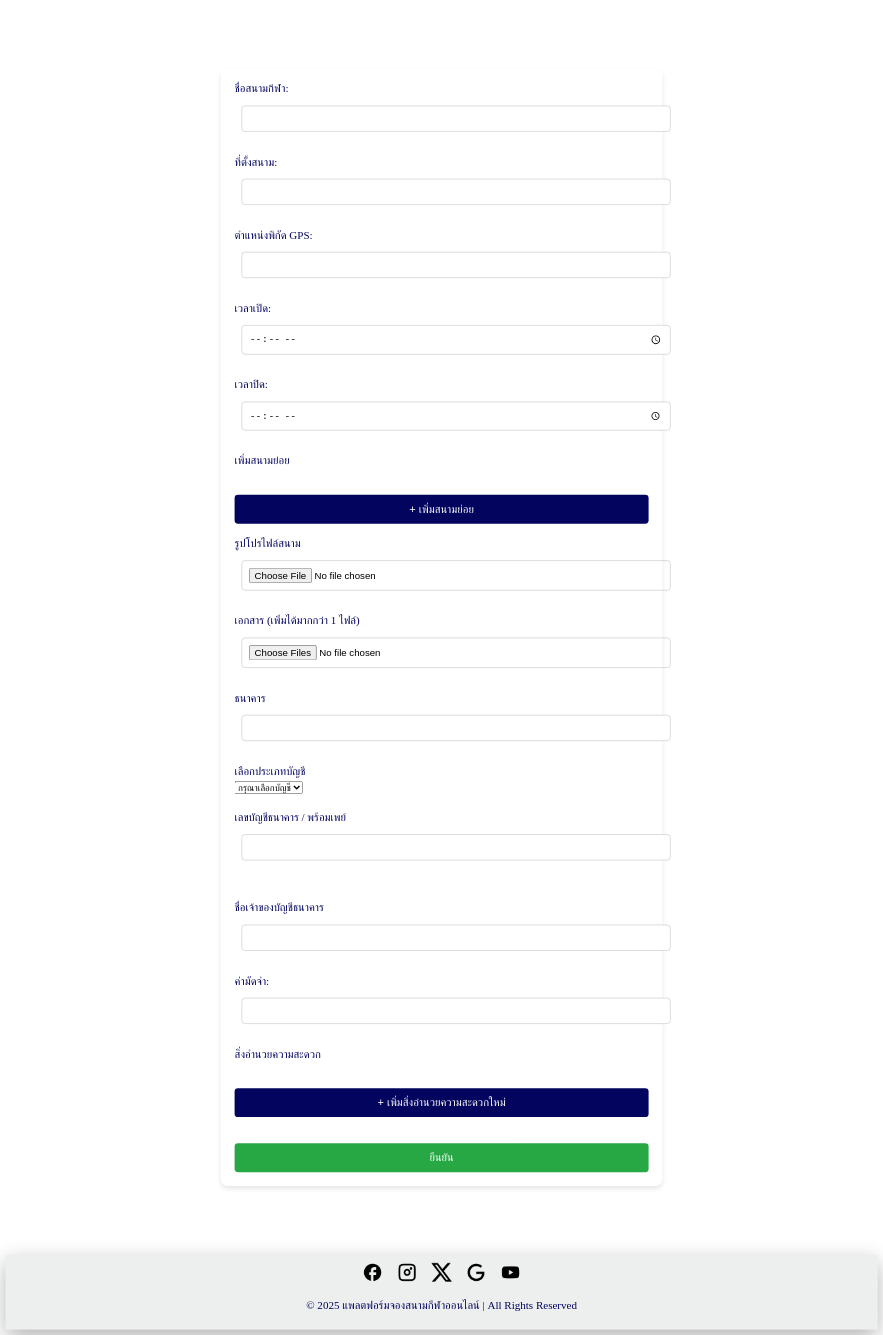
Repository: narawit101/project2
Page: /register-field (app in frontend/)
The author's editor kept a copy of each file at every save. The page is drawn from the files as they stood at one save, then again after the next save.
The browser window is 1280 px wide. The pictures show the whole page, at 69% of full size.
The page's requests for data from a server got no answer. The project was rebuilt for these pictures with package versions that can differ from the ones it lists, and the page was loaded fresh each time. The framework's server and built-in components were replaced by stand-ins that run in the browser. No one was signed in, and anything a server would have sent is missing. Also part of the build but not shown: frontend/next.config.js, frontend/next.config.mjs, frontend/src/app/globals.css.

Above is the page before, as saved 2025-03-19 11:52:59.

### frontend/src/app/layout.jsx
import { Kanit } from "next/font/google";
import "./globals.css";
import  Footer from "./components/Footer"

const kanitFont = Kanit({
  variable: "--font-kanit",
  subsets: ["latin", "thai"],
  weight: ["300", "400", "600"],
});

export const metadata = {
  title: "แพลตฟอร์มจองสนามกีฬาออนไลน์",
  description: "Generated by create next app",
  icons: {
    icon:"./favicon.ico"
  }
};

export default function RootLayout({ children }) {
  return (
    <html lang="en">
      <body className={`${kanitFont.variable} antialiased`}>{children}
      <Footer></Footer>
      </body>

    </html>
  );
}

### frontend/src/app/(shared)/register-field/page.jsx
import React from "react";
import RegisterFieldForm from "@/app/components/RegisterFieldForm";

export default function RegisterFieldPage() {
  return (
    <>
    <RegisterFieldForm></RegisterFieldForm>

    </>
  );
}

### frontend/src/app/components/Footer.jsx
import React from "react";
import "../css/footer.css";

export default function Footer() {
  return (
    <div>
      <footer className="footer">
        <div className="social-icons">
          <a href="#">
            <img src="img/fblogo.png" alt="Facebook" />
          </a>
          <a href="#">
            <img src="img/iglogo.png" alt="Instagram" />
          </a>
          <a href="#">
            <img src="img/xlogo.png" alt="Twitter" />
          </a>
          <a href="#">
            <img src="img/gglogo.png" alt="Google" />
          </a>
          <a href="#">
            <img src="img/ytlogo.png" alt="YouTube" />
          </a>
        </div>

        <p className="copyright">
          &copy; 2025 แพลตฟอร์มจองสนามกีฬาออนไลน์ | All Rights Reserved
        </p>
      </footer>
    </div>
  );
}

### frontend/src/app/components/RegisterFieldForm.jsx
"use client";
import React, { useState, useEffect } from "react";
import "../css/registerFieldForm.css";

export default function RegisterFieldForm() {
  const API_URL = process.env.NEXT_PUBLIC_API_URL;

  const [sports, setSports] = useState([]);
  const [facilities, setFacilities] = useState([]);
  const [selectedFacilities, setSelectedFacilities] = useState({});
  const [subFields, setSubFields] = useState([]);
  const [addOns, setAddons] = useState([]);
  const [newFacility, setNewFacility] = useState("");
  const [showNewFacilityInput, setShowNewFacilityInput] = useState(false);
  const [message, setMessage] = useState("");

  const [fieldData, setFieldData] = useState({
    field_name: "",
    address: "",
    gps_location: "",
    documents: null,
    open_hours: "",
    close_hours: "",
    img_field: null,
    preview_img: null,
    number_bank: "",
    account_holder: "",
    price_deposit: "",
    name_bank: "",
    selectedSport: "",
  });

  //  โหลดประเภทกีฬา
  useEffect(() => {
    fetch(`${API_URL}/sports_types`)
      .then((res) => res.json())
      .then((data) => setSports(data))
      .catch((error) => console.error("Error fetching sports:", error));
  }, []);

  //  โหลดสิ่งอำนวยความสะดวก
  useEffect(() => {
    fetch(`${API_URL}/facilities`)
      .then((res) => res.json())
      .then((data) => setFacilities(data))
      .catch((error) => console.error("Error fetching facilities:", error));
  }, []);

  //  อัปเดตค่าช่องกรอกข้อมูลสนาม
  const handleFieldChange = (e) => {
    setFieldData({ ...fieldData, [e.target.name]: e.target.value });
  };

  //  ฟังก์ชันเลือก Checkbox สิ่งอำนวยความสะดวก
  const handleFacilityChange = (facId) => {
    setSelectedFacilities((prev) => {
      const updatedFacilities = { ...prev };
      if (updatedFacilities[facId] !== undefined) {
        delete updatedFacilities[facId];
      } else {
        updatedFacilities[facId] = "";
      }
      return updatedFacilities;
    });
  };

  //  ฟังก์ชันอัปเดตราคาสิ่งอำนวยความสะดวก
  const handleFacilityPriceChange = (facId, price) => {
    setSelectedFacilities((prev) => ({
      ...prev,
      [facId]: price,
    }));
  };

  //  ฟังก์ชันเพิ่มสิ่งอำนวยความสะดวกใหม่
  const addNewFacility = async () => {
    if (!newFacility.trim()) return;

    const res = await fetch(`${API_URL}/facilities/add`, {
      method: "POST",
      headers: { "Content-Type": "application/json" },
      body: JSON.stringify({ fac_name: newFacility }),
    });

    const data = await res.json();
    if (data.error) {
      console.error("Error:", data.error);
      return;
    }

    setFacilities([...facilities, data]);
    setNewFacility("");
    setShowNewFacilityInput(false);
  };

  //  เพิ่มสนามย่อย (มี addOns ในตัวเอง)
  const addSubField = () => {
    //  ดึง user_id จาก localStorage
    const storedUser = localStorage.getItem("user");
    const userData = storedUser ? JSON.parse(storedUser) : null;
    const userId = userData ? userData.user_id : null; // ดึง user_id

    setSubFields([
      ...subFields,
      { name: "", price: "", sport_id: "", user_id: userId, addOns: [] },
    ]);
  };

  //  ลบสนามย่อย (รวมถึง Add-ons ที่อยู่ภายใน)
  const removeSubField = (index) => {
    setSubFields(subFields.filter((_, i) => i !== index));
  };

  //  อัปเดตข้อมูลสนามย่อย
  const updateSubField = (index, key, value) => {
    const updatedSubFields = [...subFields];
    updatedSubFields[index][key] = value;
    setSubFields(updatedSubFields);
  };

  const addAddOn = (subIndex) => {
    const updatedSubFields = [...subFields];
    updatedSubFields[subIndex].addOns.push({ content: "", price: "" });
    setSubFields(updatedSubFields);
  };

  //  อัปเดตค่า Add-on
  const updateAddOn = (subIndex, addOnIndex, key, value) => {
    const updatedSubFields = [...subFields];
    updatedSubFields[subIndex].addOns[addOnIndex][key] = value;
    setSubFields(updatedSubFields);
  };

  // ลบ Add-on
  const removeAddOn = (subIndex, addOnIndex) => {
    const updatedSubFields = [...subFields];
    updatedSubFields[subIndex].addOns.splice(addOnIndex, 1);
    setSubFields(updatedSubFields);
  };

  // ฟังก์ชันจัดการอัปโหลดรูป และแสดงตัวอย่าง
  const handleimgChange = (e) => {
    const file = e.target.files[0]; // ดึงไฟล์รูปจาก input
    if (file) {
      setFieldData({
        ...fieldData,
        img_field: file,
        imgPreview: URL.createObjectURL(file), // สร้าง URL เพื่อแสดงรูป
      });
    }
  };

  const handleSubmit = async (e) => {
    e.preventDefault();

    const storedUser = localStorage.getItem("user");
    if (!storedUser) {
      alert(" กรุณาเข้าสู่ระบบก่อน!");
      return;
    }

    const userData = JSON.parse(storedUser);
    const userId = userData.user_id; //  ดึง user_id ตอน Submit

    const formData = new FormData();
    formData.append("documents", fieldData.documents);
    formData.append("img_field", fieldData.img_field); //  เพิ่มการส่งรูปภาพ
    formData.append(
      "data",
      JSON.stringify({
        user_id: userId,
        field_name: fieldData.field_name,
        address: fieldData.address,
        gps_location: fieldData.gps_location,
        open_hours: fieldData.open_hours,
        close_hours: fieldData.close_hours,
        number_bank: fieldData.number_bank,
        account_holder: fieldData.account_holder,
        price_deposit: fieldData.price_deposit,
        name_bank: fieldData.name_bank,
        status: fieldData.status || "รอตรวจสอบ", //  เพิ่มค่า Status
        selectedFacilities,
        subFields: subFields,
      })
    );

    try {
      const res = await fetch(`${API_URL}/field/register`, {
        method: "POST",
        body: formData,
      });

      const data = await res.json();
      if (data.error) {
        console.error(" Error:", data.error);
        alert("เกิดข้อผิดพลาด: " + data.error);
        return;
      }

      alert("ลงทะเบียนสนามเรียบร้อย!");
    } catch (error) {
      console.error(" Fetch Error:", error);
      alert("เกิดข้อผิดพลาดในการส่งข้อมูล");
    }
  };

  return (
    <div className="contianer">
      <form onSubmit={handleSubmit} encType="multipart/form-data">
        <div className="input-group">
          {" "}
          <label>ชื่อสนามกีฬา:</label>
          <input
            type="text"
            name="field_name"
            value={fieldData.field_name}
            onChange={handleFieldChange}
          />
        </div>
        <div className="input-group">
          <label>ที่ตั้งสนาม:</label>
          <input
            type="text"
            name="address"
            value={fieldData.address}
            onChange={handleFieldChange}
          />
        </div>
        <div className="input-group">
          <label>ตำแหน่งพิกัด GPS:</label>
          <input
            type="text"
            name="gps_location"
            value={fieldData.gps_location}
            onChange={handleFieldChange}
          />
        </div>
        <div className="input-group">
          <label>เวลาเปิด:</label>
          <input
            type="time"
            name="open_hours"
            value={fieldData.open_hours}
            onChange={handleFieldChange}
          />
        </div>
        <div className="input-group">
          <label>เวลาปิด:</label>
          <input
            type="time"
            name="close_hours"
            value={fieldData.close_hours}
            onChange={handleFieldChange}
          />
        </div>
        <div className="input-group">
          <label>เพิ่มสนามย่อย</label>
        </div>
        {subFields.map((sub, subIndex) => (
          <div key={subIndex}>
            {/* ✅ Input กรอกชื่อสนามย่อย */}
            <div className="input-group">
              <input
                type="text"
                placeholder="ชื่อสนามย่อย (เช่น สนาม 1,2)"
                value={sub.name}
                onChange={(e) =>
                  updateSubField(subIndex, "name", e.target.value)
                }
              />
            </div>
            {/* ✅ Input กรอกราคา */}
            <div className="input-group">
              <input
                type="number"
                placeholder="ราคา/ชั่วโมง"
                value={sub.price}
                onChange={(e) => {
                  const value = Math.abs(e.target.value);
                  updateSubField(subIndex, "price", value);
                }}
              />
            </div>

            {/* ✅ Dropdown เลือกประเภทกีฬา */}
            <div className="input-group">
              <select
                value={sub.sport_id}
                onChange={(e) =>
                  updateSubField(subIndex, "sport_id", e.target.value)
                }
              >
                <option value="">เลือกประเภทกีฬา</option>
                {sports.map((sport) => (
                  <option key={sport.sport_id} value={sport.sport_id}>
                    {sport.sport_name}
                  </option>
                ))}
              </select>
            </div>

            {/* ✅ ปุ่มเพิ่มกิจกรรมเพิ่มเติม (เฉพาะสนามนี้) */}
            <button
              className="addbtn"
              type="button"
              onClick={() => addAddOn(subIndex)}
            >
              เพิ่มกิจกรรมเพิ่มเติม
            </button>

            {/* ✅ ปุ่มลบสนามย่อย */}
            <button
              className="delbtn"
              type="button"
              onClick={() => removeSubField(subIndex)}
            >
              ลบสนามย่อย
            </button>

            {/* ✅ แสดงรายการกิจกรรมเพิ่มเติมที่อยู่ในสนามนี้ */}
            {sub.addOns.map((addon, addOnIndex) => (
              <div
                key={addOnIndex}
                style={{ marginLeft: "20px", marginTop: "5px" }}
              >
                {/* ✅ Input กรอกชื่อกิจกรรม */}
                <div className="input-group">
                  <input
                    type="text"
                    placeholder="ชื่อกิจกรรม เช่น (เช่าสนามเพื่อทำคอนเท้น)"
                    value={addon.content}
                    onChange={(e) =>
                      updateAddOn(
                        subIndex,
                        addOnIndex,
                        "content",
                        e.target.value
                      )
                    }
                  />
                </div>
                {/* ✅ Input กรอกราคา */}
                <div className="input-group">
                  <input
                    type="number"
                    placeholder="ราคา/ชั่วโมง"
                    value={addon.price}
                    onChange={(e) => {
                      const value = Math.abs(e.target.value); // แปลงค่าให้เป็นค่าบวก
                      updateAddOn(subIndex, addOnIndex, "price", value);
                    }}
                  />
                </div>

                {/* ✅ ปุ่มลบกิจกรรมเพิ่มเติม */}
                <button
                  className="delevn"
                  type="button"
                  onClick={() => removeAddOn(subIndex, addOnIndex)}
                >
                  ลบกิจกรรมเพิ่มเติม
                </button>
              </div>
            ))}
          </div>
        ))}

        {/* ✅ ปุ่มเพิ่มสนามย่อย */}

        <button className="addsubfield" type="button" onClick={addSubField}>
          + เพิ่มสนามย่อย
        </button>
        <div className="input-group">
          <label htmlFor="img_field">รูปโปรไฟล์สนาม</label>

          <input type="file" onChange={handleimgChange} accept="image/*" />
        </div>
        {/* ✅ แสดงรูปตัวอย่างถ้ามีการอัปโหลด */}
        {fieldData.imgPreview && (
          <div className="preview-container">
            <p>ตัวอย่างรูป:</p>
            <img src={fieldData.imgPreview} alt="Preview" />
          </div>
        )}

        <div className="input-group">
          <label htmlFor="documents">เอกสาร (เพิ่มได้มากกว่า 1 ไฟล์) </label>
          <input
            type="file"
            onChange={(e) => {
              // แปลงไฟล์ที่เลือกเป็นอาร์เรย์เพื่อให้รองรับหลายไฟล์
              setFieldData({ ...fieldData, documents: e.target.files });
            }}
            multiple // เพิ่ม attribute นี้เพื่อให้เลือกหลายไฟล์
          />
        </div>
        {/* {fieldData.documents && fieldData.documents.length > 0 && (
          <div>
            <p>ไฟล์ที่เลือก:</p>
            <ul>
              {Array.from(fieldData.documents).map((file, index) => (
                <li key={index}>{file.name}</li>
              ))}
            </ul>
          </div>
        )} */}

        <div className="input-group">
          <label htmlFor="bank">ธนาคาร</label>
          <input
            type="text"
            name="name_bank"
            value={fieldData.name_bank}
            onChange={handleFieldChange}
          />
        </div>
        <div className="input-group">
          <label htmlFor="bank">เลือกประเภทบัญชี</label>
          <select
            name="number_bank"
            value={fieldData.number_bank}
            onChange={handleFieldChange}
          >
            <option value="">กรุณาเลือกบัญชี</option>
            <option value="ธนาคาร">ธนาคาร</option>
            <option value="พร้อมเพย์">พร้อมเพย์</option>
          </select>
        </div>

        <div className="input-group">
          <label htmlFor="bank">เลขบัญชีธนาคาร / พร้อมเพย์</label>
          <input
            type="number"
            name="number_bank"
            value={fieldData.number_bank}
            onChange={(e) => {
              const value = e.target.value;
              const isPromptPay = fieldData.name_bank === "พร้อมเพย์";

              // ✅ อนุญาตเฉพาะตัวเลข
              if (/^\d*$/.test(value)) {
                // ✅ ตรวจสอบจำนวนหลัก
                if (
                  (isPromptPay && value.length <= 13) || // พร้อมเพย์ 10 หรือ 13 หลัก
                  (!isPromptPay && value.length <= 12) // ธนาคาร 12 หลัก
                ) {
                  setFieldData({ ...fieldData, number_bank: value });
                }
              }
            }}
            onBlur={() => {
              const isPromptPay = fieldData.name_bank === "พร้อมเพย์";
              const length = fieldData.number_bank.length;

              // ✅ ตรวจสอบความถูกต้องของเลขที่กรอก
              if (
                (!isPromptPay && length !== 12) || // ถ้าเป็นบัญชีธนาคารต้อง 12 หลัก
                (isPromptPay && length !== 10 && length !== 13) // ถ้าเป็นพร้อมเพย์ต้อง 10 หรือ 13 หลัก
              ) {
                setMessage("เลขที่กรอกไม่ถูกต้อง กรุณากรอกให้ตรงกับเงื่อนไข");
                setFieldData({ ...fieldData, number_bank: "" }); // เคลียร์ค่า
              }
            }}
            maxLength={13} // ✅ จำกัดสูงสุดที่ 13 หลัก
          />
        </div>

        <div className="input-group">
        </div>

        <div className="input-group">
          <label htmlFor="bank">ชื่อเจ้าของบัญชีธนาคาร</label>
          <input
            type="text"
            name="account_holder"
            value={fieldData.account_holder}
            onChange={handleFieldChange}
          />
        </div>
        <div className="input-group">
          <label>ค่ามัดจำ:</label>
          <input
            type="number"
            name="price_deposit"
            value={fieldData.price_deposit}
            onChange={handleFieldChange}
          />
        </div>

        <div className="input-group">
          <label>สิ่งอำนวยความสะดวก</label>
        </div>
        {facilities.map((fac) => (
          <div key={fac.fac_id} className="facility-item">
            {/* Checkbox เลือกสิ่งอำนวยความสะดวก */}
            <div className="input-group-checkbox">
              <input
                type="checkbox"
                checked={selectedFacilities[fac.fac_id] !== undefined}
                onChange={() => handleFacilityChange(fac.fac_id)}
              />
              <label>{fac.fac_name}</label>
            </div>

            {/* ป้อนราคาเมื่อเลือกสิ่งอำนวยความสะดวก */}
            {selectedFacilities[fac.fac_id] !== undefined && (
              <div className="input-group-checkbox">
                <input
                  type="number"
                  placeholder="กำหนดราคา"
                  value={selectedFacilities[fac.fac_id]}
                  onChange={(e) =>
                    handleFacilityPriceChange(fac.fac_id, e.target.value)
                  }
                />
              </div>
            )}
          </div>
        ))}
        {!showNewFacilityInput ? (
          <button
            className="addfac"
            type="button"
            onClick={() => setShowNewFacilityInput(true)}
          >
            + เพิ่มสิ่งอำนวยความสะดวกใหม่
          </button>
        ) : (
          <div>
            <input
              type="text"
              placeholder="ชื่อสิ่งอำนวยความสะดวก"
              value={newFacility}
              onChange={(e) => setNewFacility(e.target.value)}
            />
            <button className="savebtn" type="button" onClick={addNewFacility}>
              บันทึก
            </button>
            <button
              className="canbtn"
              type="button"
              onClick={() => setShowNewFacilityInput(false)}
            >
              ยกเลิก
            </button>
          </div>
        )}

        <br />
        <button className="submitbtn" type="submit">
          ยืนยัน
        </button>
      </form>
    </div>
  );
}

### frontend/src/app/css/footer.css
:root {
  --text-color: #03045e;
}
.footer {
  background: #edefef;
  padding: 10px 0;
  text-align: center;
  color: var(--text-color);
  position: relative;
  box-shadow: 0px 10px 30px rgba(0, 0, 0, 0.3);
}

.social-icons {
  display: flex;
  justify-content: center;
  gap: 20px;
  margin-bottom: 20px;
}

.social-icons a img {
  width: 30px;
  height: 30px;
  transition: transform 0.3s ease-in-out;
}

.social-icons a:hover img {
  transform: scale(1.1);
  filter: brightness(1.2);
}

.copyright {
  font-size: 16px;
}

### frontend/src/app/css/registerFieldForm.css
:root {
  --text-color: #03045e;
}

.contianer {
  width: 100%;
  max-width: 600px;
  margin: 100px auto;
  padding: 20px;
  background: #ffffff;
  box-shadow: 0 4px 8px rgba(0, 0, 0, 0.1);
  border-radius: 10px;
  text-align: left;
}
form {
  display: flex;
  flex-direction: column;
}

.input-group {
  margin-bottom: 25px;
  text-align: left;
}
.preview-container {
  margin: 10px auto 10px auto;
  text-align: center;
  border: 2px solid #ddd;
  padding: 10px;
  max-width: 250px;
  overflow: hidden;
  border-radius: 8px;
}

.preview-container img {
  width: 100%;
  height: auto;
}

.facility-item {
  display: flex;
  flex-direction: column;
  margin-bottom: 15px;
}

.input-group-checkbox {
    display: flex;
    align-items: center;
    margin-bottom: 10px;
  }

.input-group-checkbox input[type="checkbox"] {
  margin-right: 10px;
  width: 20px;
  height: 20px;
  accent-color: #2980b9;
  cursor: pointer;
}

.input-group-checkbox input[type="checkbox"]:checked + label {
  color: #2980b9; /* เปลี่ยนสีข้อความเมื่อเลือก checkbox */
}

.input-group-checkbox label:hover {
  color: #3498db;
}

label {
  font-size: 16px;
  font-weight: 500;
  color: var(--text-color);
  display: block;
  margin-bottom: 5px;
}

input {
  margin: 10px;
  width: 100%;
  padding: 10px;
  border: 1px solid #ccc;
  border-radius: 5px;
  font-size: 14px;
  transition: 0.3s;
}

input:focus {
  border-color: var(--text-color);
  box-shadow: 0 0 5px rgba(3, 4, 94, 0.5);
  outline: none;
}
.addbtn {
  margin: 0px 0px 10px 0px;
}
.delbtn {
  margin: 0px 0px 10px 10px;
}
.delevn {
  margin: 0px 0px 10px 0px;
}
.addsubfield {
  margin: 10px 0px 20px 0px;
}
.addfac {
  margin: 10px 0px 20px 0px;
}
.savebtn {
  margin: 10px 0px 20px 0px;
}
.canbtn {
  margin: 10px 0px 20px 10px;
}
.submitbtn{
    background-color: #28a745;
}
.submitbtn:hover {
    background: #21cd49;
  }

button {
  background: var(--text-color);
  color: white;
  border: none;
  padding: 12px;
  font-size: 16px;
  cursor: pointer;
  border-radius: 5px;
  transition: 0.3s;
}

button:hover {
  background: #02226c;
}
.error-message {
  color: red;
  font-size: 14px;
  margin-top: 10px;
}

.success-message {
  color: green;
  font-size: 14px;
  margin-top: 10px;
}

### frontend/tailwind.config.mjs
/** @type {import('tailwindcss').Config} */
export default {
  content: [
    "./src/pages/**/*.{js,ts,jsx,tsx,mdx}",
    "./src/components/**/*.{js,ts,jsx,tsx,mdx}",
    "./src/app/**/*.{js,ts,jsx,tsx,mdx}",
  ],
  theme: {
    extend: {
      colors: {
        background: "var(--background)",
        foreground: "var(--foreground)",
      },
    },
  },
  plugins: [],
};

After the next save:
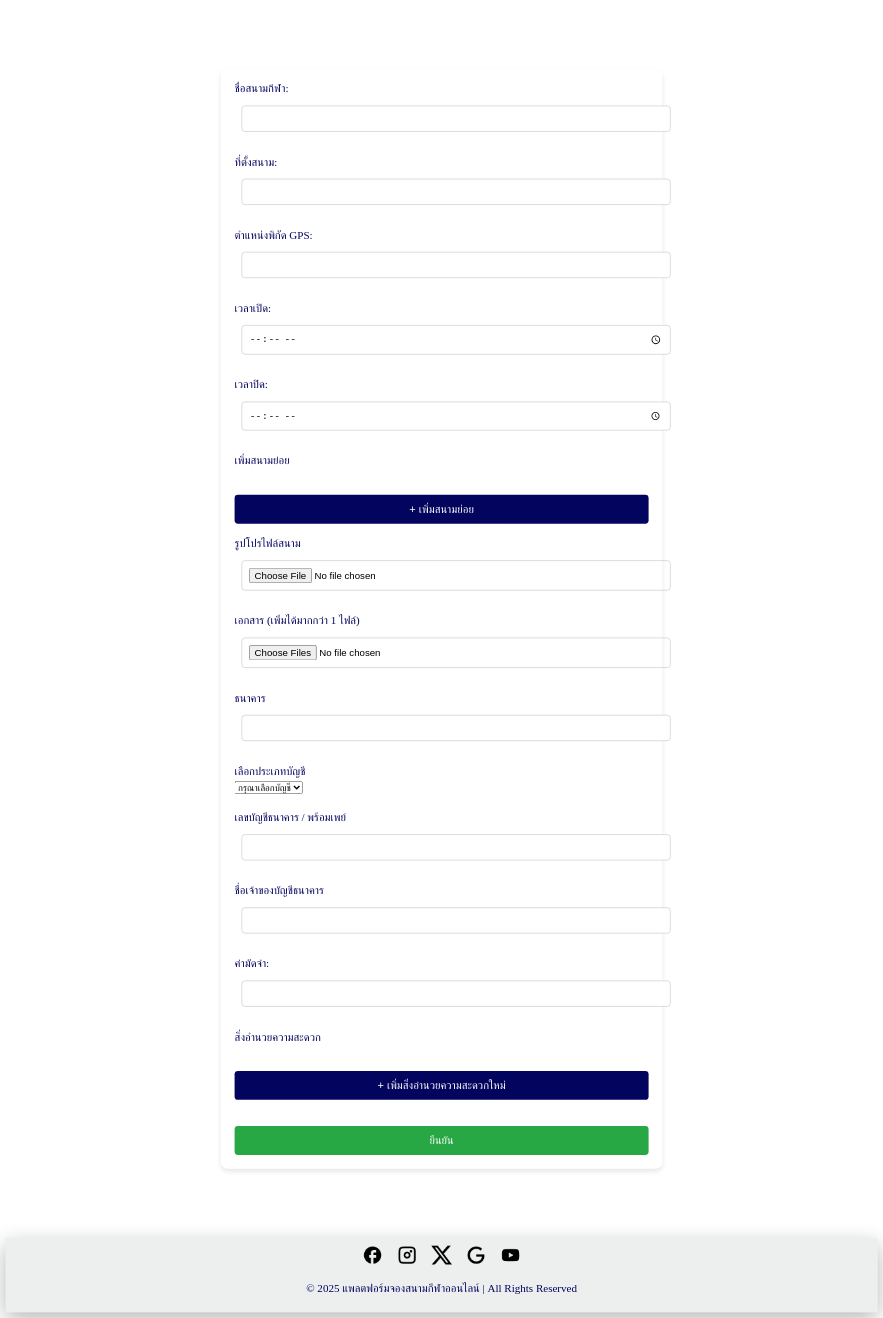
Saved 2 min 18 s later.
--- a/frontend/src/app/components/RegisterFieldForm.jsx
+++ b/frontend/src/app/components/RegisterFieldForm.jsx
@@ -464,10 +464,6 @@ export default function RegisterFieldForm() {
             maxLength={13} // ✅ จำกัดสูงสุดที่ 13 หลัก
           />
         </div>
-
-        <div className="input-group">
-        </div>
-
         <div className="input-group">
           <label htmlFor="bank">ชื่อเจ้าของบัญชีธนาคาร</label>
           <input
